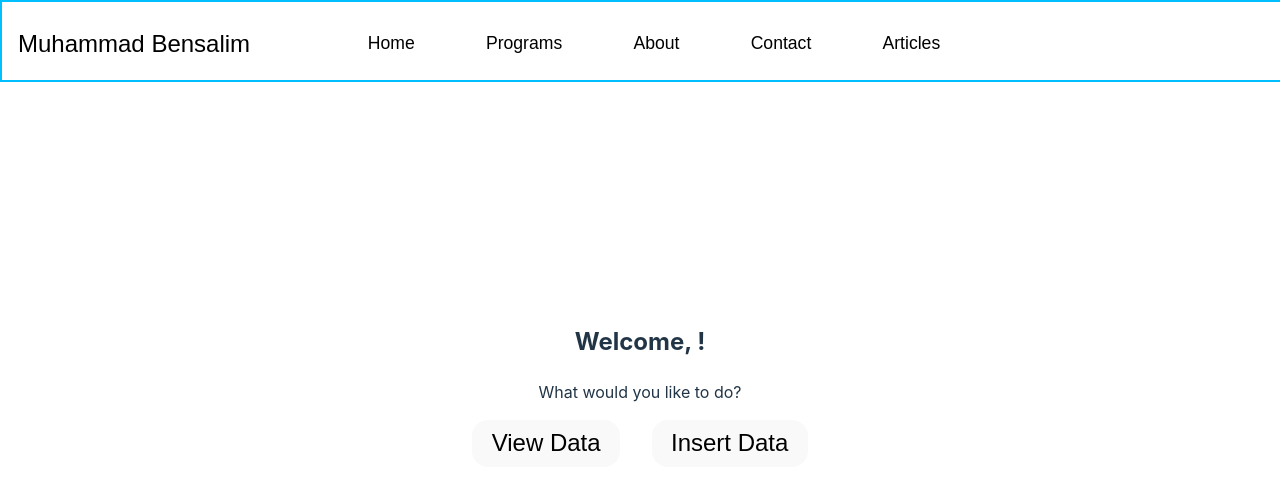
Repository: TMuse333/fitness_templates
Page: /progress
An editor plug-in stored every save of this project. The page is shown before and after the next save, followed by the edit.
The browser window is 1280 px wide. The pictures show the whole page.
The project was rebuilt for these pictures with package versions that can differ from the ones it lists, and the page was loaded fresh each time. Also part of the build but not shown: vite.config.js, src/components/herobanner/herobanner.css, src/components/herobanner/herobanner.jsx, src/components/about/about.css, src/components/about/about.jsx, src/components/serviceOffering/serviceOffering.css, src/components/serviceOffering/serviceOffering.jsx, src/components/content/content.css and 38 more. Imported but missing from the stored project, and not drawn on this page: src/media/best_dunk.mp4.

Above is the page before, as saved 2024-03-14 18:32:11.

After the next save:
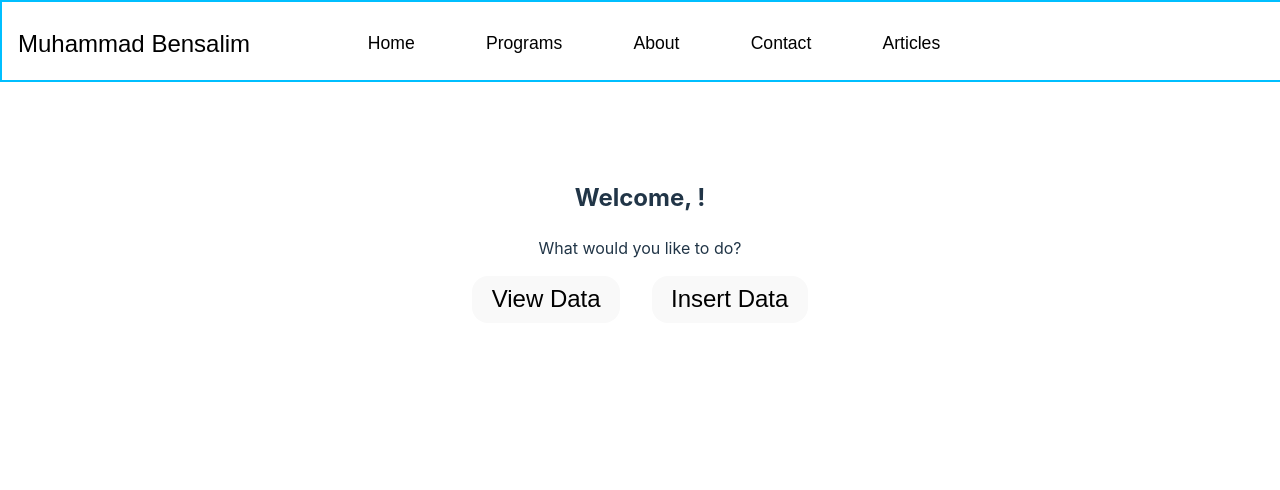
Saved 9 s later.
--- a/src/App.css
+++ b/src/App.css
@@ -37,7 +37,7 @@
 .progress-container{
   position: absolute;
   left:0;
-  top:20%;
+  top:0%;
   overflow-x: hidden;
   display: flex;
   justify-content: center;
